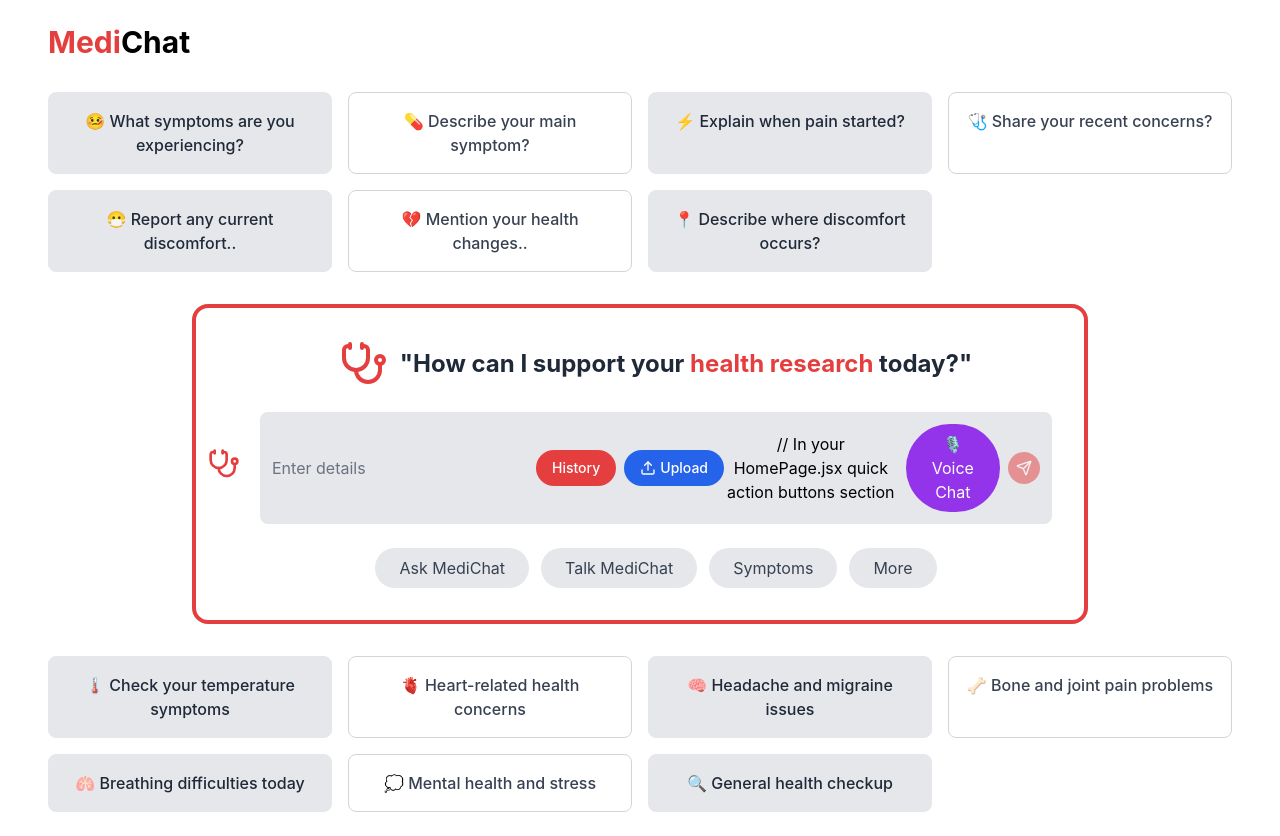
Repository: KarthikBalaji-007/telemedicine-frontend
Page: / (app in frontend_backup/medichat-frontend/)
The author's editor kept a copy of each file at every save. The page is drawn from the files as they stood at one save, then again after the next save.
The browser window is 1280 px wide. The pictures show the whole page.
The project was rebuilt for these pictures with package versions that can differ from the ones it lists, and the page was loaded fresh each time. Also part of the build but not shown: frontend_backup/medichat-frontend/src/components/ChatInterface.jsx, frontend_backup/medichat-frontend/src/components/DiagnosisResult.jsx, frontend_backup/medichat-frontend/src/components/History.jsx, frontend_backup/medichat-frontend/src/components/VoiceToggle.jsx.

Above is the page before, as saved 2025-08-13 22:44:12.

### frontend_backup/medichat-frontend/src/index.css
@tailwind base;
@tailwind components;
@tailwind utilities;

* {
  margin: 0;
  padding: 0;
  box-sizing: border-box;
}

html, body {
  width: 100%;
  height: 100%;
  margin: 0;
  padding: 0;
  font-family: -apple-system, BlinkMacSystemFont, 'Segoe UI', 'Roboto', 'Oxygen',
    'Ubuntu', 'Cantarell', 'Fira Sans', 'Droid Sans', 'Helvetica Neue',
    sans-serif;
  -webkit-font-smoothing: antialiased;
  -moz-osx-font-smoothing: grayscale;
}

#root {
  width: 100%;
  height: 100%;
  margin: 0;
  padding: 0;
}

.App {
  width: 100%;
  min-height: 100vh;
  margin: 0;
  padding: 0;
}

### frontend_backup/medichat-frontend/src/App.js
import React from 'react';
import { BrowserRouter as Router, Routes, Route } from 'react-router-dom';
import HomePage from './components/HomePage';
import ChatInterface from './components/ChatInterface';
import DiagnosisResult from './components/DiagnosisResult';
import History from './components/History';
import VoiceToggle from './components/VoiceToggle';


function App() {
  return (
    <Router>
      <div className="App min-h-screen bg-gray-50">
        <Routes>
          <Route path="/" element={<HomePage />} />
          <Route path="/chat" element={<ChatInterface />} />
          <Route path="/diagnosis" element={<DiagnosisResult />} />
          <Route path="/history" element={<History />} />
          <Route path="/voice" element={<VoiceToggle />} />
        </Routes>
      </div>
    </Router>
  );
}

export default App;

### frontend_backup/medichat-frontend/src/components/HomePage.jsx
import React, { useState } from 'react';
import { useNavigate } from 'react-router-dom';
import { Stethoscope, Send, Upload } from 'lucide-react';

const HomePage = () => {
  const navigate = useNavigate();
  const [problemText, setProblemText] = useState('');

  const symptomCards = [
    "🤒 What symptoms are you experiencing?",
    "💊 Describe your main symptom?",
    "⚡ Explain when pain started?",
    "🩺 Share your recent concerns?",
    "😷 Report any current discomfort..",
    "💔 Mention your health changes..",
    "📍 Describe where discomfort occurs?"
  ];

  const bottomCards = [
    "🌡️ Check your temperature symptoms",
    "🫀 Heart-related health concerns",
    "🧠 Headache and migraine issues",
    "🦴 Bone and joint pain problems",
    "🫁 Breathing difficulties today",
    "💭 Mental health and stress",
    "🔍 General health checkup"
  ];

  const handleCardClick = (symptom) => {
    navigate('/chat', { state: { initialSymptom: symptom } });
  };

  const handleProblemSubmit = (e) => {
    e.preventDefault();
    if (problemText.trim()) {
      navigate('/chat', { state: { initialSymptom: problemText } });
    }
  };

  // Handle file upload functionality
  const handleFileUpload = (event) => {
    const file = event.target.files[0];
    if (file) {
      const fileType = file.type.includes('image') ? 'medical image' : 'medical report';
      const uploadMessage = `I have uploaded a ${fileType}: ${file.name}. Please analyze this file and provide medical insights.`;

      // Navigate to chat with file information
      navigate('/chat', {
        state: {
          initialSymptom: uploadMessage,
          uploadedFile: file
        }
      });
    }
  };

  return (
    <div className="min-h-screen bg-white">
      <div className="w-full px-4 sm:px-6 lg:px-8 xl:px-12 py-6">
        {/* Header */}
        <div className="flex items-center mb-8">
          <h1 className="text-3xl font-bold">
            <span className="text-medical-red">Medi</span>
            <span className="text-black">Chat</span>
          </h1>
        </div>

        {/* Top Symptom Cards Grid */}
        <div className="grid grid-cols-1 md:grid-cols-2 lg:grid-cols-4 gap-4 mb-8">
          {symptomCards.map((symptom, index) => (
            <div
              key={index}
              onClick={() => handleCardClick(symptom)}
              className={`p-4 rounded-lg border cursor-pointer transition-all hover:shadow-md ${
                index % 2 === 0
                  ? 'bg-gray-200 text-gray-800'
                  : 'bg-white border-gray-300 text-gray-700'
              }`}
            >
              <p className="text-center font-medium">{symptom}</p>
            </div>
          ))}
        </div>

        {/* Center Content - With Upload Button */}
        <div className="w-full max-w-4xl mx-auto mb-8">
          <div className="relative">
            <Stethoscope className="absolute left-4 top-1/2 transform -translate-y-1/2 text-medical-red w-8 h-8 z-10" />
            <div className="border-4 border-medical-red rounded-2xl bg-white p-8 pl-16">
              {/* Center Content from Your Image */}
              <div className="text-center">
                <div className="flex items-center justify-center mb-4">
                  <Stethoscope className="text-medical-red w-12 h-12 mr-3" />
                  <h2 className="text-2xl font-bold text-gray-800">
                    "How can I support your{' '}
                    <span className="text-medical-red">health research</span>{' '}
                    today?"
                  </h2>
                </div>

                {/* Input Section with Upload Button */}
                <form onSubmit={handleProblemSubmit} className="mt-6">
                  <div className="flex items-center bg-gray-200 rounded-lg p-3">
                    <input
                      type="text"
                      value={problemText}
                      onChange={(e) => setProblemText(e.target.value)}
                      placeholder="Enter details"
                      className="flex-1 bg-transparent outline-none text-gray-700 placeholder-gray-500"
                    />
                    <div className="flex items-center space-x-2 ml-4">
                      <button
                        type="button"
                        onClick={() => navigate('/history')}
                        className="bg-medical-red text-white px-4 py-2 rounded-full text-sm font-medium"
                      >
                        History
                      </button>

                      {/* Upload Button */}
                      <label className="bg-blue-600 text-white px-4 py-2 rounded-full text-sm font-medium cursor-pointer hover:bg-blue-700 transition-colors flex items-center">
                        <Upload className="w-4 h-4 mr-1" />
                        Upload
                        <input
                          type="file"
                          accept="image/*,.pdf,.doc,.docx,.txt"
                          onChange={handleFileUpload}
                          className="hidden"
                        />
                      </label>

                      // In your HomePage.jsx quick action buttons section
<button
  onClick={() => navigate('/voice')}
  className="px-6 py-2 bg-purple-600 text-white rounded-full hover:bg-purple-700 transition-colors"
>
  🎙️ Voice Chat
</button>

                      <button
                        type="submit"
                        disabled={!problemText.trim()}
                        className="bg-medical-red text-white p-2 rounded-full disabled:opacity-50"
                      >
                        <Send className="w-4 h-4" />
                      </button>
                    </div>
                  </div>
                </form>

                {/* Quick Action Buttons - DIAGNOSIS BUTTON REMOVED */}
                <div className="flex flex-wrap justify-center gap-3 mt-6">
                  <button
                    onClick={() => navigate('/chat')}
                    className="px-6 py-2 bg-gray-200 text-gray-700 rounded-full hover:bg-gray-300 transition-colors"
                  >
                    Ask MediChat
                  </button>
                  <button
                    onClick={() => navigate('/chat')}
                    className="px-6 py-2 bg-gray-200 text-gray-700 rounded-full hover:bg-gray-300 transition-colors"
                  >
                    Talk MediChat
                  </button>
                  <button
                    onClick={() => navigate('/chat')}
                    className="px-6 py-2 bg-gray-200 text-gray-700 rounded-full hover:bg-gray-300 transition-colors"
                  >
                    Symptoms
                  </button>
                  {/* DIAGNOSIS BUTTON REMOVED FROM HERE */}
                  <button className="px-6 py-2 bg-gray-200 text-gray-700 rounded-full hover:bg-gray-300 transition-colors">
                    More
                  </button>
                </div>
              </div>
            </div>
          </div>
        </div>

        {/* Bottom Different Cards */}
        <div className="grid grid-cols-1 md:grid-cols-2 lg:grid-cols-4 gap-4">
          {bottomCards.map((card, index) => (
            <div
              key={`bottom-${index}`}
              onClick={() => handleCardClick(card)}
              className={`p-4 rounded-lg border cursor-pointer transition-all hover:shadow-md ${
                index % 2 === 0
                  ? 'bg-gray-200 text-gray-800'
                  : 'bg-white border-gray-300 text-gray-700'
              }`}
            >
              <p className="text-center font-medium">{card}</p>
            </div>
          ))}
        </div>
      </div>
    </div>
  );
};

export default HomePage;

### frontend_backup/medichat-frontend/tailwind.config.js
/** @type {import('tailwindcss').Config} */
module.exports = {
  content: [
    "./src/**/*.{js,jsx,ts,tsx}",
  ],
  theme: {
    extend: {
      colors: {
        'medical-red': '#E53E3E',
        'medical-gray': '#F7FAFC',
      }
    },
  },
  plugins: [],
}

Loaded but not shown: frontend_backup/medichat-frontend/public/index.html (common file); frontend_backup/medichat-frontend/src/index.js (common file)

After the next save:
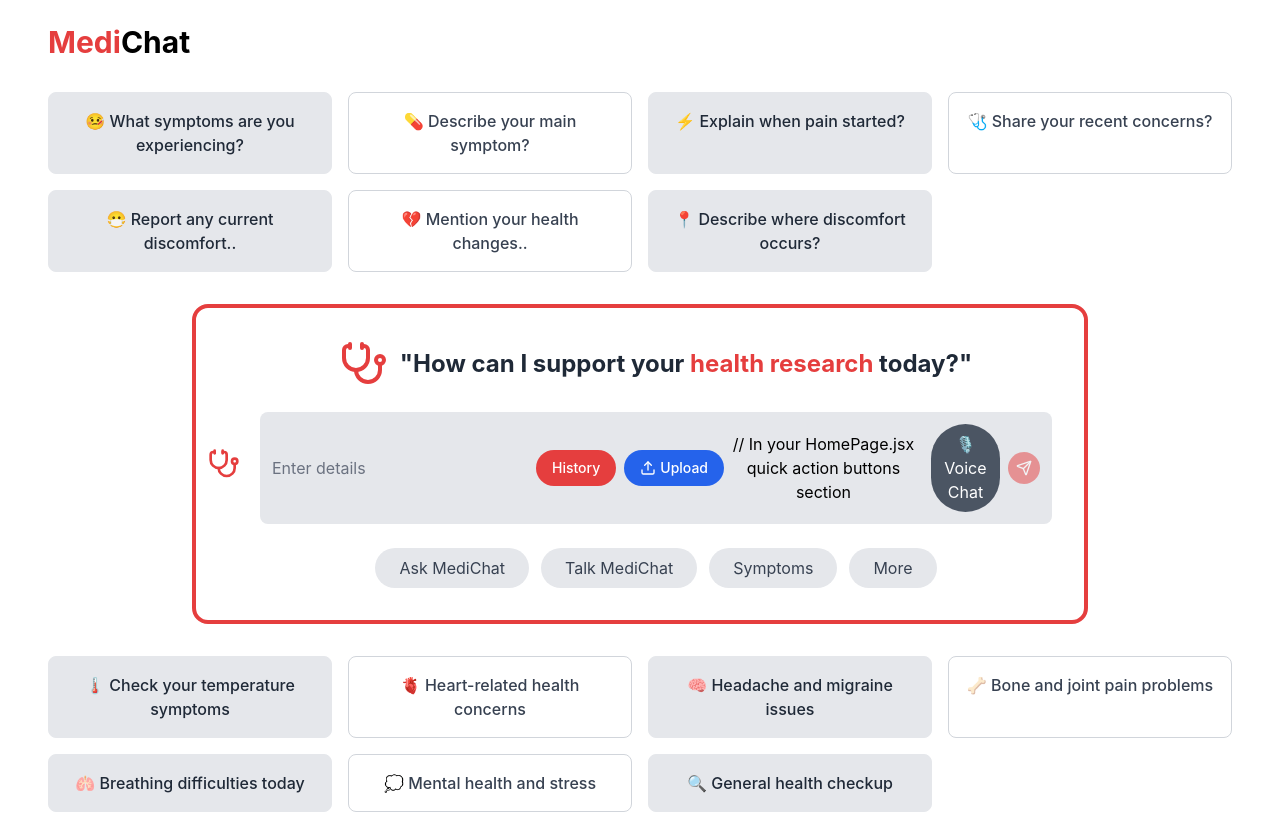
Saved 20 s later.
--- a/frontend_backup/medichat-frontend/src/components/HomePage.jsx
+++ b/frontend_backup/medichat-frontend/src/components/HomePage.jsx
@@ -132,7 +132,7 @@ const HomePage = () => {
                       // In your HomePage.jsx quick action buttons section
 <button
   onClick={() => navigate('/voice')}
-  className="px-6 py-2 bg-purple-600 text-white rounded-full hover:bg-purple-700 transition-colors"
+  className="bg-gray-600 text-white p-2 rounded-full"
 >
   🎙️ Voice Chat
 </button>
